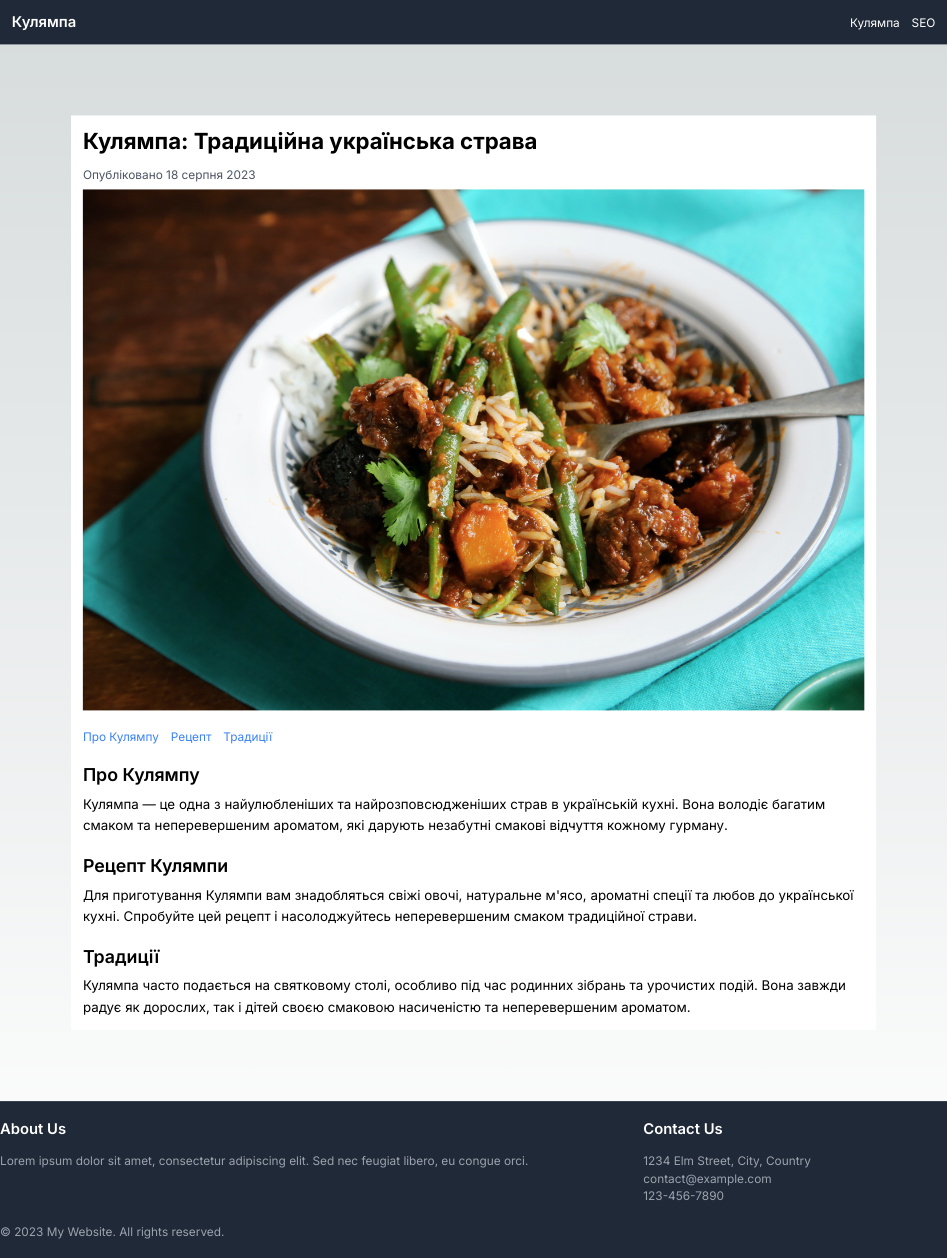
Repository: nika-otter/Kulyampa
Page: /
These files come from the project's save history. The page is drawn as it stood at one moment and after the next save; the edit follows.
The browser window is 1280 px wide. The pictures show the whole page, at 74% of full size.
The project was rebuilt for these pictures with package versions that can differ from the ones it lists, and the page was loaded fresh each time. The framework's server and built-in components were replaced by stand-ins that run in the browser. Also part of the build but not shown: next.config.js.

Above is the page before, as saved 2023-08-19 02:08:58.

### app/layout.tsx
import Header from '@/components/Header'
import Footer from '@/components/Footer'
import './globals.css'
import type { Metadata } from 'next'
import { Inter } from 'next/font/google'

const inter = Inter({ subsets: ['latin'] })

export const metadata: Metadata = {
  title: 'Create Next App',
  description: 'Generated by create next app',
}

export default function RootLayout({
  children,
}: {
  children: React.ReactNode
}) {
  return (
    <html lang="en">
      <body className={inter.className}>
        <Header />

        <main className="flex min-h-screen flex-col items-center justify-between p-24">
            {children}
          </main>
        <Footer/>
        </body>

    </html>
  )
}

### app/page.tsx
import Kulyampa from '@/components/Kulyampa'
import Image from 'next/image'

export default function Home() {
  return (
    <>
      <Kulyampa />
    </>
  )
}

### components/Header.tsx
import Link from 'next/link'
import React from 'react'

const Header = () => {
  return (
    <header className="bg-gray-800 text-white py-4 px-4">
      <div className="container mx-auto flex justify-between items-center">
        <h1 className="text-xl font-semibold">Кулямпа</h1>
        <nav>
          <div className="flex space-x-4">
            <Link href="/">Кулямпа</Link>
            <Link href="/YN">SEO</Link>

          </div>
        </nav>
      </div>
    </header>
  )
}

export default Header

### components/Footer.tsx
import React from "react";

const Footer = () => {
  return (
    <footer className="bg-gray-800 text-white py-6">
      <div className="container mx-auto">
        <div className="grid grid-cols-1 md:grid-cols-3 gap-6">
          <div className="col-span-1 md:col-span-2">
            <h2 className="text-xl font-semibold mb-4">About Us</h2>
            <p className="text-gray-400">
              Lorem ipsum dolor sit amet, consectetur adipiscing elit. Sed nec
              feugiat libero, eu congue orci.
            </p>
          </div>
          <div>
            <h2 className="text-xl font-semibold mb-4">Contact Us</h2>
            <p className="text-gray-400">1234 Elm Street, City, Country</p>
            <p className="text-gray-400">contact@example.com</p>
            <p className="text-gray-400">123-456-7890</p>
          </div>
        </div>
        <div className="mt-6 ">
          <p className="text-gray-400 ">
            &copy; {new Date().getFullYear()} My Website. All rights reserved.
          </p>
        </div>
      </div>
    </footer>
  );
};

export default Footer;

### components/Kulyampa.tsx
import Image from 'next/image'
import React from 'react'

const Kulyampa = () => {
  return (
    <div className="bg-white p-4">
      <h1 className="text-3xl font-bold mb-4">Кулямпа: Традиційна українська страва</h1>
      <p className="text-gray-600 mb-2">Опубліковано 18 серпня 2023</p>
      <Image
        src="/ca-creative-yzFO7e_87fs-unsplash.jpg"
        alt="Кулямпа"
        className="w-full h-auto mb-6"
        width={192}
        height={128}
      />

      <nav className="mb-6">
        <ul className="flex space-x-4">
          <li>
            <a href="#about" className="text-blue-500 hover:underline">Про Кулямпу</a>
          </li>
          <li>
            <a href="#recipe" className="text-blue-500 hover:underline">Рецепт</a>
          </li>
          <li>
            <a href="#traditions" className="text-blue-500 hover:underline">Традиції</a>
          </li>
        </ul>
      </nav>

      <section id="about" className="mb-6">
        <h2 className="text-2xl font-semibold mb-2">Про Кулямпу</h2>
        <p className="text-lg leading-relaxed mb-4">
          Кулямпа — це одна з найулюбленіших та найрозповсюдженіших страв
          в українській кухні. Вона володіє багатим смаком та неперевершеним
          ароматом, які дарують незабутні смакові відчуття кожному гурману.
        </p>
      </section>

      <section id="recipe" className="mb-6">
        <h2 className="text-2xl font-semibold mb-2">Рецепт Кулямпи</h2>
        <p className="text-lg leading-relaxed mb-4">
          Для приготування Кулямпи вам знадобляться свіжі овочі, натуральне м'ясо,
          ароматні спеції та любов до української кухні. Спробуйте цей рецепт і
          насолоджуйтесь неперевершеним смаком традиційної страви.
        </p>
        {/* Add the recipe steps here */}
      </section>

      <section id="traditions">
        <h2 className="text-2xl font-semibold mb-2">Традиції</h2>
        <p className="text-lg leading-relaxed">
          Кулямпа часто подається на святковому столі, особливо під час родинних
          зібрань та урочистих подій. Вона завжди радує як дорослих, так і дітей
          своєю смаковою насиченістю та неперевершеним ароматом.
        </p>
      </section>

      {/* Add more interesting information or sections here */}
    </div>
  )
}

export default Kulyampa

Loaded but not shown: app/globals.css (common file); tailwind.config.ts (common file)

After the next save:
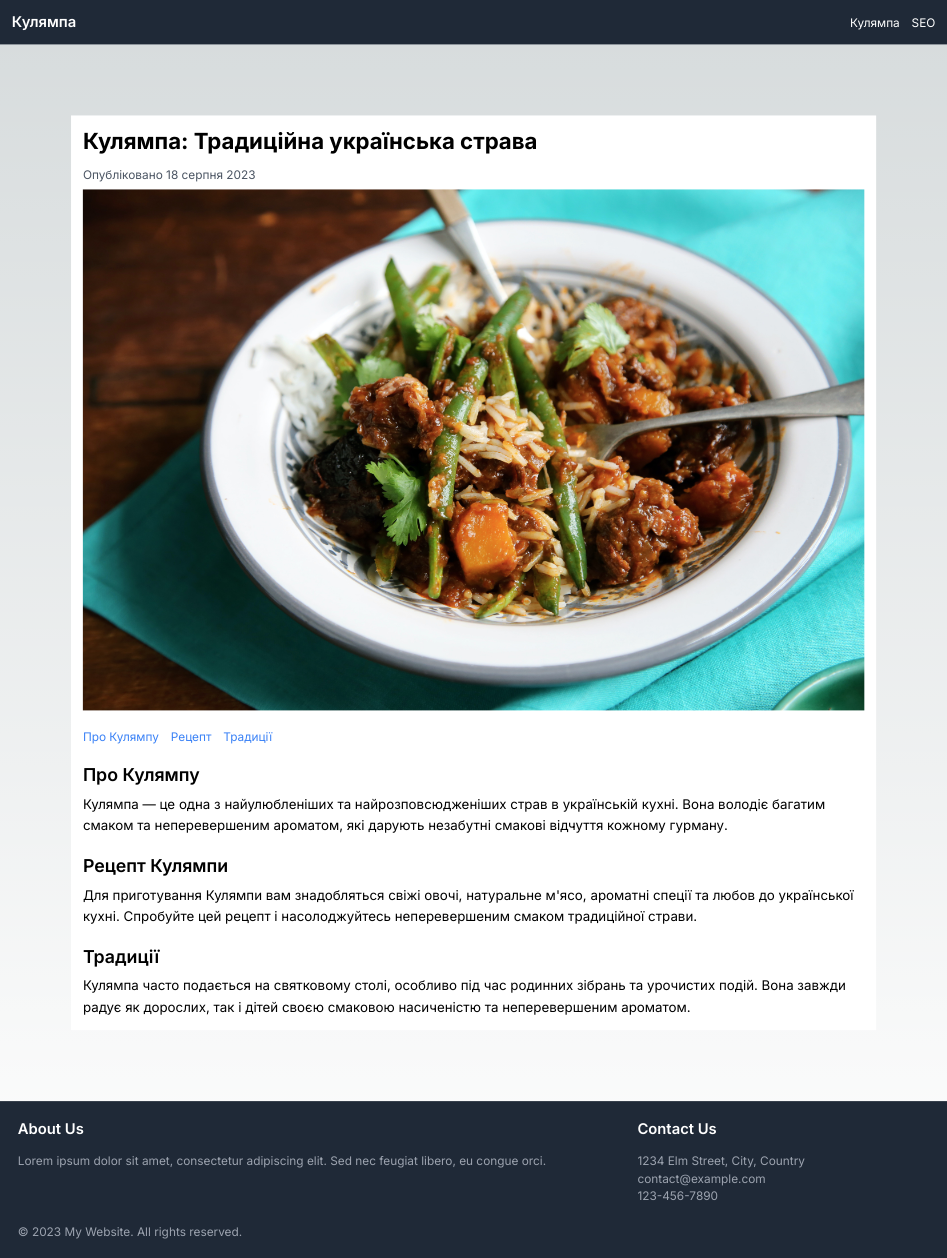
Saved 7 min 37 s later.
--- a/components/Footer.tsx
+++ b/components/Footer.tsx
@@ -2,7 +2,7 @@ import React from "react";
 
 const Footer = () => {
   return (
-    <footer className="bg-gray-800 text-white py-6">
+    <footer className="bg-gray-800 text-white py-6 px-6">
       <div className="container mx-auto">
         <div className="grid grid-cols-1 md:grid-cols-3 gap-6">
           <div className="col-span-1 md:col-span-2">
